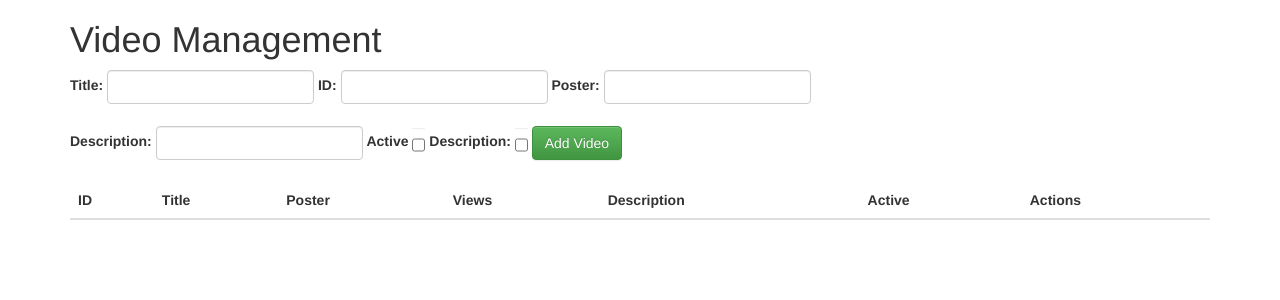
Repository: Hacorbie/Java-Servlet
Page: http://localhost/ASM_JV4/views/User.jsp
An editor plug-in stored every save of this project. The page is shown before and after the next save, followed by the edit.
The browser window is 1280 px wide. The pictures show the whole page.
Some web libraries are served in a nearby version. The page is served by Tomcat 9. Other server files are loaded and not shown. The template is opened directly, without the code that normally fills it, so the values that code supplies are empty.

Above is the page before, as saved 2023-04-08 17:19:32.

### ASM_JV4/src/main/webapp/views/User.jsp
<%@ page language="java" contentType="text/html; charset=UTF-8" pageEncoding="UTF-8" %>
<%@ taglib uri="http://java.sun.com/jsp/jstl/core" prefix="c" %>
<!DOCTYPE html>
<html>
<head>
    <meta charset="UTF-8">
    <title>Video Management</title>
    <!-- Thêm các file CSS Bootstrap -->
    <link rel="stylesheet" href="https://maxcdn.bootstrapcdn.com/bootstrap/3.3.7/css/bootstrap.min.css">
    <link rel="stylesheet" href="https://maxcdn.bootstrapcdn.com/bootstrap/3.3.7/css/bootstrap-theme.min.css">
</head>
<body>
    <div class="container">
        <h1>Video Management</h1>
        <!-- Form thêm mới video -->
        <form method="post" action="VideoController" class="form-inline">
            <input type="hidden" name="action" value="add">
            <div class="form-group">
                <label for="title">Title:</label>
                <input type="text" class="form-control" id="title" name="title" required>
            </div>
            <div class="form-group">
                <label for="ID">ID:</label>
                <input type="text" class="form-control" id="ID" name="ID" required>
            </div>
            <div class="form-group">
                <label for="poster">Poster:</label>
                <input type="text" class="form-control" id="poster" name="poster" required>
            </div><br><br>
            <div class="form-group">
                <label for="description">Description:</label>
                <input type="text" class="form-control" id="description" name="description" required>
            </div>
            <div class="form-group">
                <label for="active">Active</label>
                <input type="Checkbox" class="form-control" id="active" name="active" required>
                <label for="Uactive">Description:</label>
                <input type="Checkbox" class="form-control" id="Uactive" name="active" required>
            </div>
            <button type="submit" class="btn btn-success">Add Video</button>
        </form>
        <br>
        <!-- Bảng hiển thị danh sách video -->
        <table class="table">
            <thead>
                <tr>
                    <th>ID</th>
                    <th>Title</th>
                    <th>Poster</th>
                    <th>Views</th>
                    <th>Description</th>
                    <th>Active</th>
                    <th>Actions</th>
                </tr>
            </thead>
            <tbody>
                <c:forEach var="video" items="${videos}">
                    <tr>
                        <td>${video.id}</td>
                        <td>${video.title}</td>
                        <td>${video.poster}</td>
                        <td>${video.views}</td>
                        <td>${video.description}</td>
                        <td>${video.active}</td>
                        <td>
                            <!-- Form chỉnh sửa video -->
                            <form method="post" action="VideoController" class="form-inline">
                                <input type="hidden" name="action" value="edit">
                                <input type="hidden" name="id" value="${video.id}">
                                <div class="form-group">
                                    <label for="title">Title:</label>
                                    <input type="text" class="form-control" id="title" name="title" value="${video.title}" required>
                                </div>
                                <div class="form-group">
                                    <label for="poster">Poster:</label>
                                    <input type="text" class="form-control" id="poster" name="poster" value="${video.poster}" required>
                                </div>
                                <div class="form-group">
                                    <label for="description">Description:</label>
<input type="text" class="form-control" id="description" name="description" value="${video.description}" required>
</div>
<div class="form-group">
<label for="views">Views:</label>
<input type="number" class="form-control" id="views" name="views" value="${video.views}" required>
</div>
<div class="form-group">
<label for="active">Active:</label>
<input type="checkbox" id="active" name="active" <c:if test="${video.active}">checked</c:if>>
</div>
<button type="submit" class="btn btn-primary">Update</button>
</form>
<!-- Form xóa video -->
<form method="post" action="VideoController" class="form-inline">
<input type="hidden" name="action" value="delete">
<input type="hidden" name="id" value="${video.id}">
<button type="submit" class="btn btn-danger">Delete</button>
</form>
</td>
</tr>
</c:forEach>
</tbody>
</table>
</div>
<!-- Thêm các file JavaScript Bootstrap -->
<script src="https://ajax.googleapis.com/ajax/libs/jquery/3.2.1/jquery.min.js"></script>
<script src="https://maxcdn.bootstrapcdn.com/bootstrap/3.3.7/js/bootstrap.min.js"></script>

</body>
</html>

After the next save:
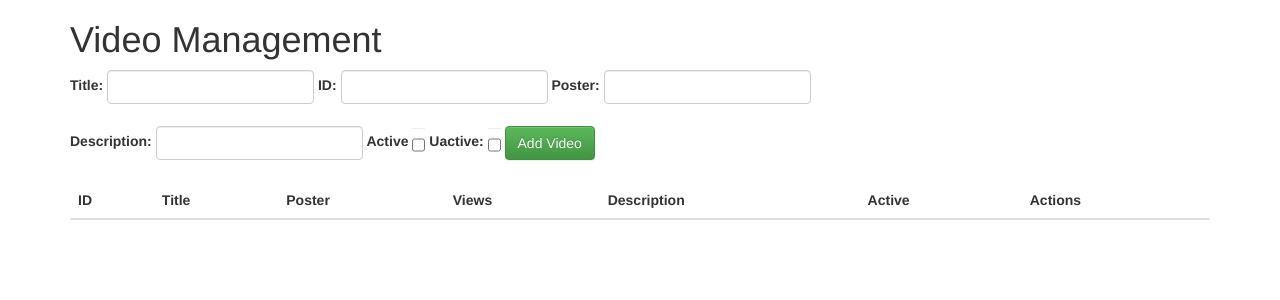
Saved 9 s later.
--- a/ASM_JV4/src/main/webapp/views/User.jsp
+++ b/ASM_JV4/src/main/webapp/views/User.jsp
@@ -34,7 +34,7 @@
             <div class="form-group">
                 <label for="active">Active</label>
                 <input type="Checkbox" class="form-control" id="active" name="active" required>
-                <label for="Uactive">Description:</label>
+                <label for="Uactive">Uactive:</label>
                 <input type="Checkbox" class="form-control" id="Uactive" name="active" required>
             </div>
             <button type="submit" class="btn btn-success">Add Video</button>
